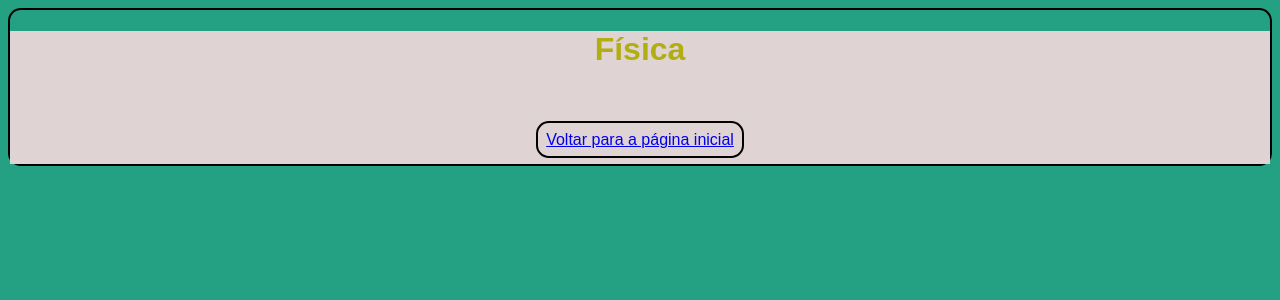
Repository: batmit/FutureFundation.github.io-1
Page: menu/articles/fisica/fisica.html
An editor plug-in stored every save of this project. The page is shown before and after the next save, followed by the edit.
The browser window is 1280 px wide. The pictures show the whole page.

Above is the page before, as saved 2022-01-19 16:14:03.

### menu/articles/fisica/fisica.html
<!DOCTYPE html>
<html lang="pt-BR">
<head>
    <meta charset="UTF-8">
    <meta http-equiv="X-UA-Compatible" content="IE=edge">
    <meta name="viewport" content="width=device-width, initial-scale=1.0">
    <title>Física</title>
    <link rel="stylesheet" href="/menu/main.css">
</head>
<body>
    <div id="all">
        <header>
            <h1>Física</h1>
        </header>


        <a href="/index.html">Voltar para a página inicial</a>
    </div>
</body>
</html>

### menu/main.css
body{

    text-align: center;

    border: black 2px solid;

    border-radius: 0.8rem;

    font-family: 'Ubuntu', arial;

    background-color: rgb(36, 161, 130);


}

#articles {
    gap: 3px;
}

#all{

    background-color: rgb(223, 211, 211);

}


#codigo{
    text-align:left;

}


img{
    text-align: center;
    justify-content: center;

}

p{
    font-size: 20px;
    font-family: 'Ubuntu', arial;
}

a{
    border: 2px solid black;

    border-radius: 0.8rem;

    box-sizing: border-box;

    padding: 0.5rem;

    line-height:3rem;

    margin: 2px;


}

a:hover{

    background-color:#F0FFFF;

}

h1{

    margin-bottom: 3rem;

    color: rgb(177, 174, 17);

}

audio {
    -webkit-transition:all 0.5s linear;
    -moz-transition:all 0.5s linear;
    -o-transition:all 0.5s linear;
    transition:all 0.5s linear;
    -moz-box-shadow: 2px 2px 4px 0px #006773;
    -webkit-box-shadow:  2px 2px 4px 0px #006773;
    box-shadow: 2px 2px 4px 0px #006773;
    -moz-border-radius:7px 7px 7px 7px ;
    -webkit-border-radius:7px 7px 7px 7px ;
    border-radius:7px 7px 7px 7px ;
}

audio:hover, audio:focus, audio:active {

-webkit-box-shadow: 15px 15px 20px rgba(0,0, 0, 0.4);
-moz-box-shadow: 15px 15px 20px rgba(0,0, 0, 0.4);
box-shadow: 15px 15px 20px rgba(0,0, 0, 0.4);
-webkit-transform: scale(1.05);
-moz-transform: scale(1.05);
transform: scale(1.05);

}



@media (max-width: 900px) {


    a{

        display: block;
        line-height: 0.5rem;
        padding: 1rem;

    }

    #img{
        text-align: right;
    }

}

@media (prefers-color-scheme: dark) {
    #all{

        background-color: rgb(90, 73, 73);

    }

    h1{
        color: white
    }

    p{
        color: white;
    }

    a{
        background-color: aqua;
    }

    h3{
        color: white;
    }

    strong {
        color: white;
    }


}

After the next save:
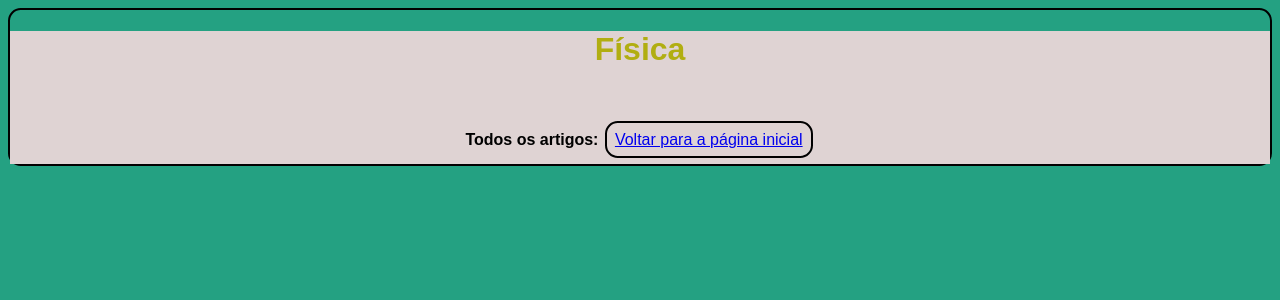
Saved 2 s later.
--- a/menu/articles/fisica/fisica.html
+++ b/menu/articles/fisica/fisica.html
@@ -12,6 +12,8 @@
         <header>
             <h1>Física</h1>
         </header>
+        <strong>Todos os artigos:</strong>
+
 
 
         <a href="/index.html">Voltar para a página inicial</a>
